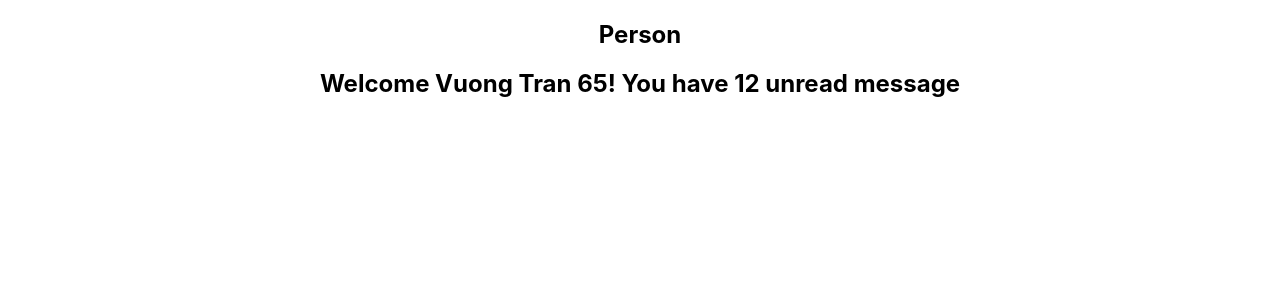
Repository: vuongtm1999/ALTA-exercise-1
Page: /
The author's editor kept a copy of each file at every save. The page is drawn from the files as they stood at one save, then again after the next save.
The browser window is 1280 px wide. The pictures show the whole page.
The project was rebuilt for these pictures with package versions that can differ from the ones it lists, and the page was loaded fresh each time.

Above is the page before, as saved 2022-10-24 16:18:58.

### src/App.tsx
import './App.css';
import { Greet } from './components/Greet';
import Person from './components/Person';

function App() {
  const PersonName = {
    firstName: "Vuong",
    lastName: "Tran",
  }
  return (
    <div className="App">
      <Person name={PersonName} />
      <Greet name="Vuong Tran 65" messageCount={12} isLoggedIn={true}  />
    </div>
  );
}

export default App;

### src/components/Greet.tsx
type Greetprops = {
    name: string
    messageCount: number
    isLoggedIn: boolean
}

const Greet = (props: Greetprops) => {
    return (
        <div>
            {props.isLoggedIn ?  <h2>Welcome {props.name}! You have {props.messageCount} unread message</h2> :
                                    <h2>Welcome guest</h2>
            }
        </div>
     );
};

export { Greet }

### src/components/Person.tsx
type PersonProps = {
    firstN: string
    lastN: string
}


function Person(props: PersonProps) {
    return (
        <h2>Person</h2>
     );
}

export default Person;

Loaded but not shown: public/index.html (common file); src/index.tsx (common file); src/index.css (common file); src/reportWebVitals.ts (common file); src/App.css (common file)

After the next save:
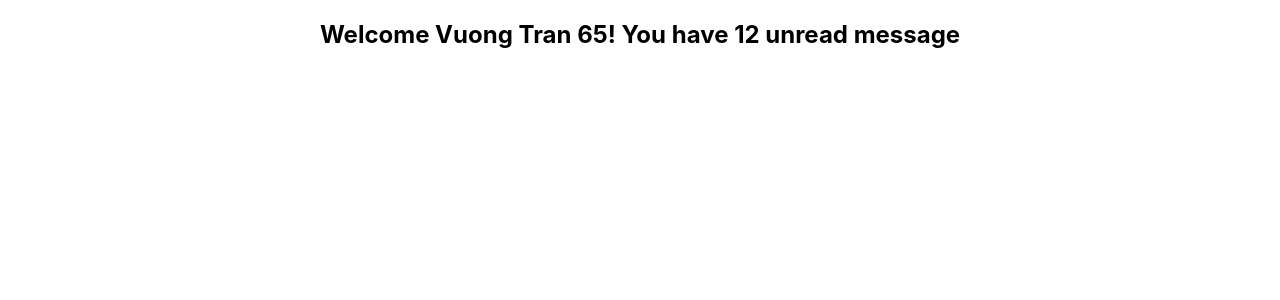
Saved 100 s later.
--- a/src/components/Person.tsx
+++ b/src/components/Person.tsx
@@ -6,7 +6,7 @@ type PersonProps = {
 
 function Person(props: PersonProps) {
     return (
-        <h2>Person</h2>
+        <h2>{props.name.firstN} {props.name.lastN}</h2>
      );
 }
 
